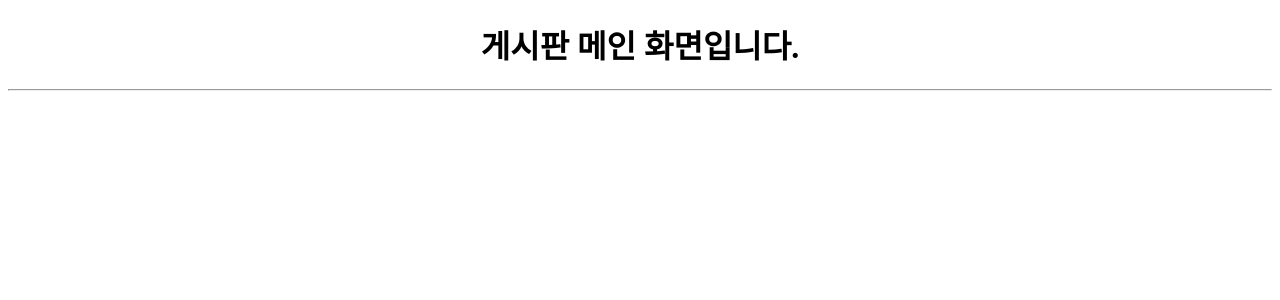
Repository: serim53/JSPStudy
Page: http://localhost/BoardWeb_JSP_/index.jsp
An editor plug-in stored every save of this project. The page is shown before and after the next save, followed by the edit.
The browser window is 1280 px wide. The pictures show the whole page.
The page is served by Tomcat 10.

Above is the page before, as saved 2025-07-10 01:33:23.

After the next save:
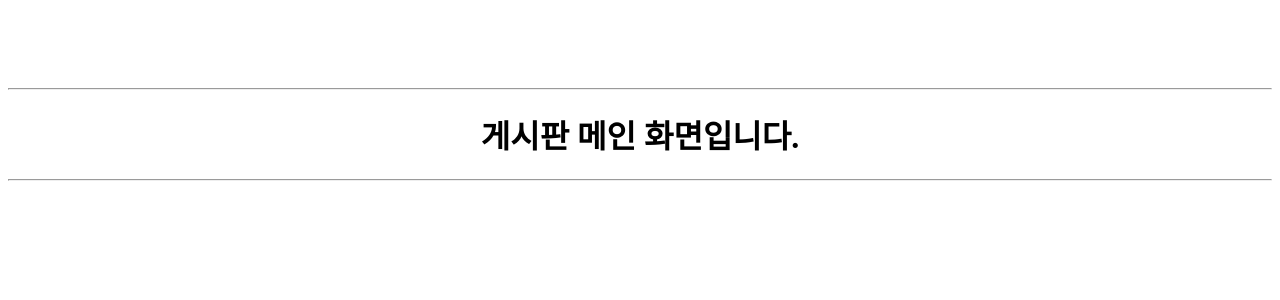
Saved 25 s later.
--- a/BoardWeb(JSP)/src/main/webapp/index.jsp
+++ b/BoardWeb(JSP)/src/main/webapp/index.jsp
@@ -7,6 +7,8 @@
 </head>
 <body>
 <center>
+<br><br><br><br>
+<hr>
 <h1>게시판 메인 화면입니다.</h1>
 <hr>
 </center>
